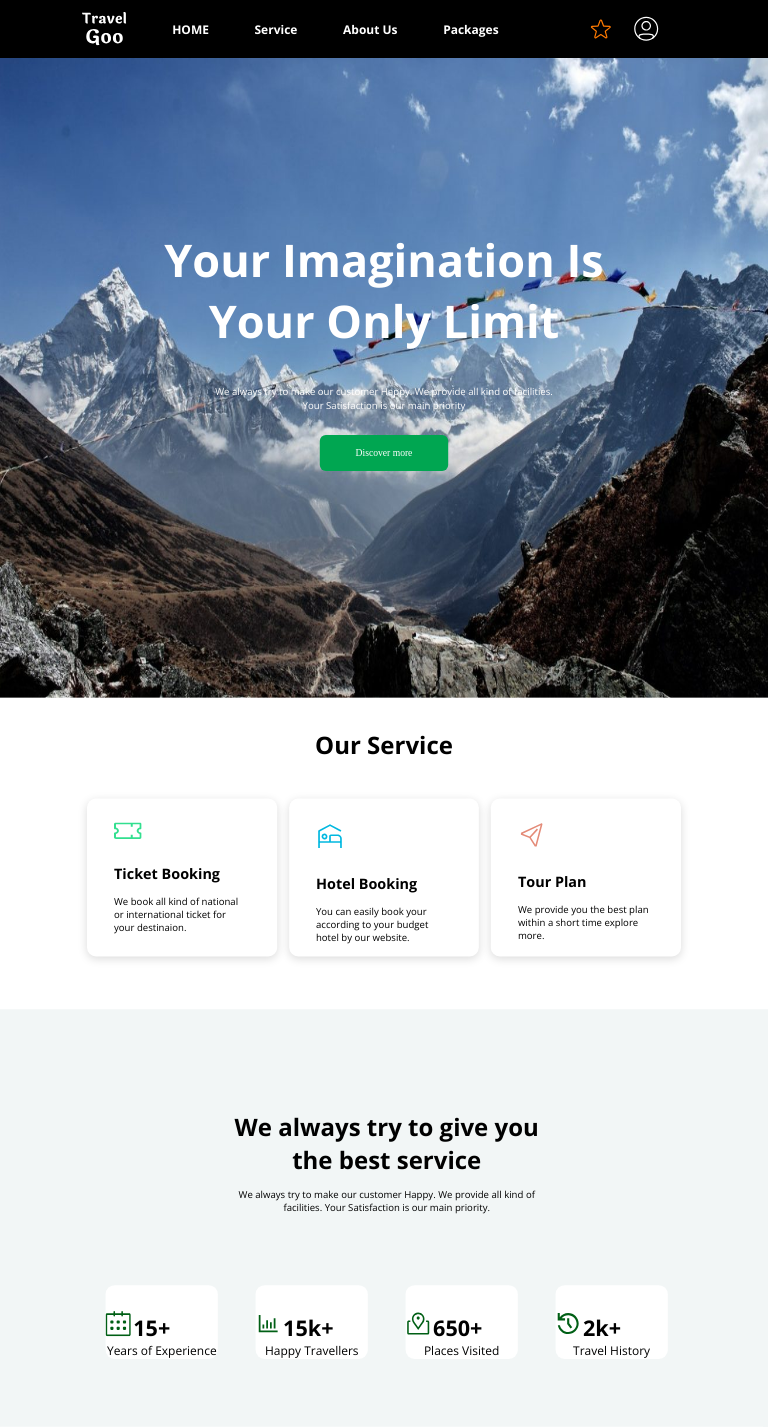
Repository: kubrazamanova/Background-Image
Page: index.html
An editor plug-in stored every save of this project. The page is shown before and after a run of saves, followed by the edit.
The browser window is 1280 px wide. The pictures show the whole page, at 60% of full size.

Above is the page before, as saved 2023-10-17 19:05:12.

After the next 2 saves:
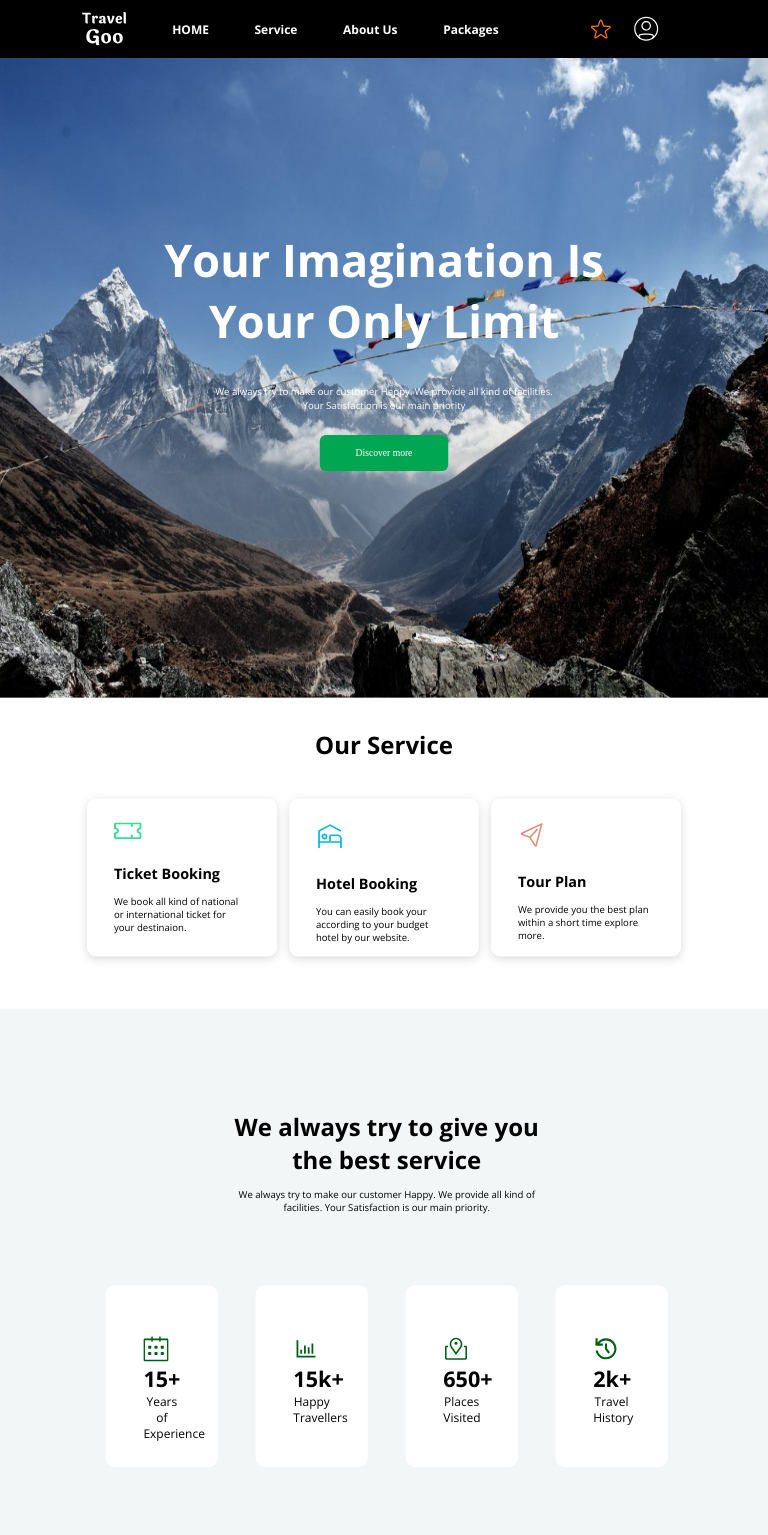
The 2 saves are shown as one change because they came seconds apart.
The last was saved 27 s later.
--- a/index.css
+++ b/index.css
@@ -196,6 +196,7 @@ main {
 .best-service ul li {
   width: 20%;
   list-style-type: none;
+  padding: 42px 63px;
   /* width: 250px;
   height: 250px; */
   border-radius: 15px;
